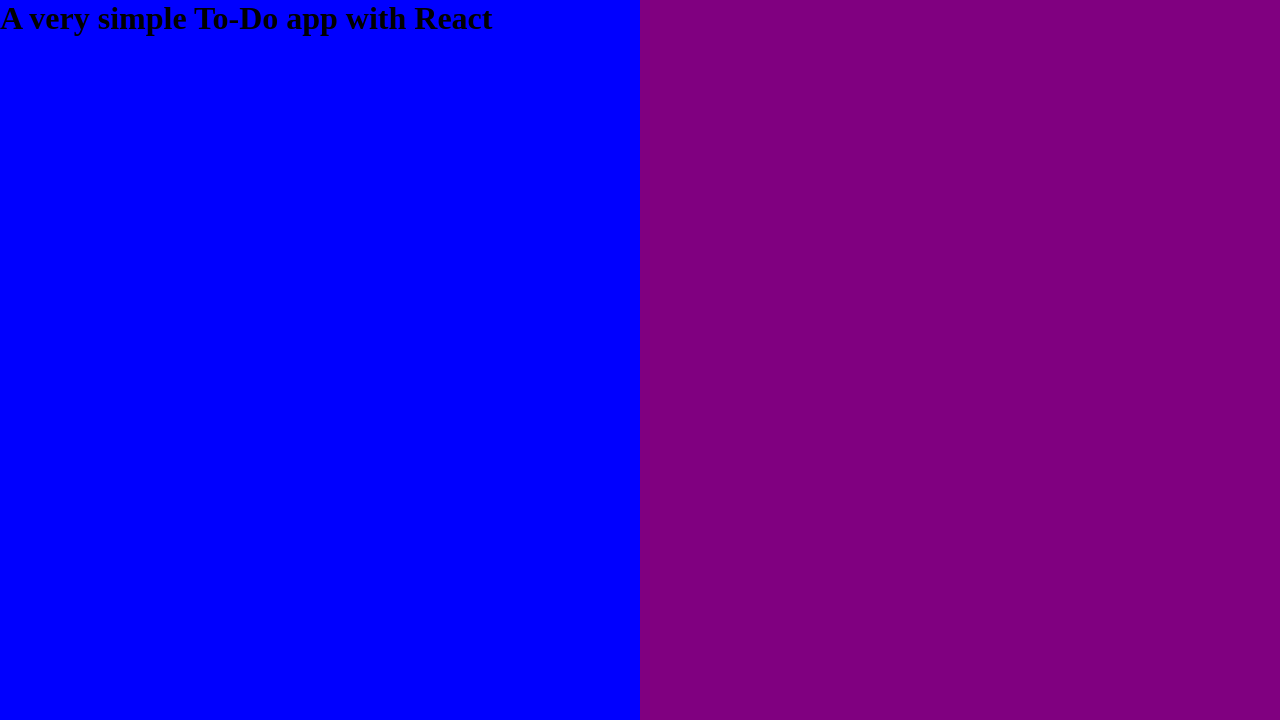
Repository: darioskpavoni/to-do-react
Page: /
The author's editor kept a copy of each file at every save. The page is drawn from the files as they stood at one save, then again after the next save.
The browser window is 1280 px wide. The pictures show the whole page.
The project was rebuilt for these pictures with package versions that can differ from the ones it lists, and the page was loaded fresh each time. Also part of the build but not shown: vite.config.ts.

Above is the page before, as saved 2023-03-19 23:47:56.

### index.html
<!DOCTYPE html>
<html lang="en">
  <head>
    <meta charset="UTF-8" />
    <link rel="icon" type="image/svg+xml" href="/react.svg" />
    <meta name="viewport" content="width=device-width, initial-scale=1.0" />
    <title>To-Do App - React</title>
  </head>
  <body>
    <div id="root"></div>
    <script type="module" src="/src/main.tsx"></script>
  </body>
</html>

### src/App.tsx
import { useState } from "react";
import "./App.css";

function App() {
  return (
    <div className="App">
      <h1>A very simple To-Do app with React</h1>
    </div>
  );
}

export default App;

### src/index.css
* {
  margin: 0;
  padding: 0;
}

:root,
body,
body > #root {
  height: 100%;
  width: 100%;
}

:root {
  background-color: purple;
  display: flex;
  flex-direction: column;
  align-items: center;
}

### src/App.css
.App {
  height: 100%;
  width: 50%;
  background-color: blue;
}

Loaded but not shown: src/main.tsx (common file)

After the next save:
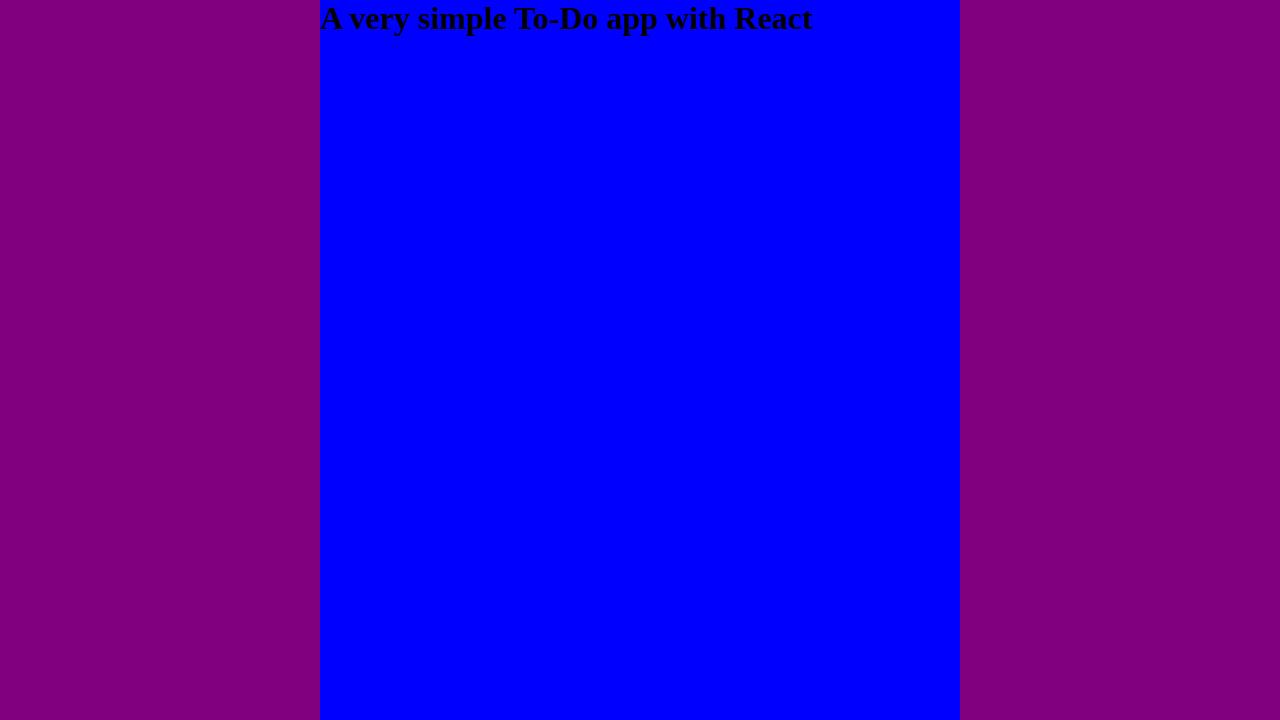
Saved 58 s later.
--- a/src/index.css
+++ b/src/index.css
@@ -10,7 +10,7 @@
   width: 100%;
 }
 
-:root {
+#root {
   background-color: purple;
   display: flex;
   flex-direction: column;
